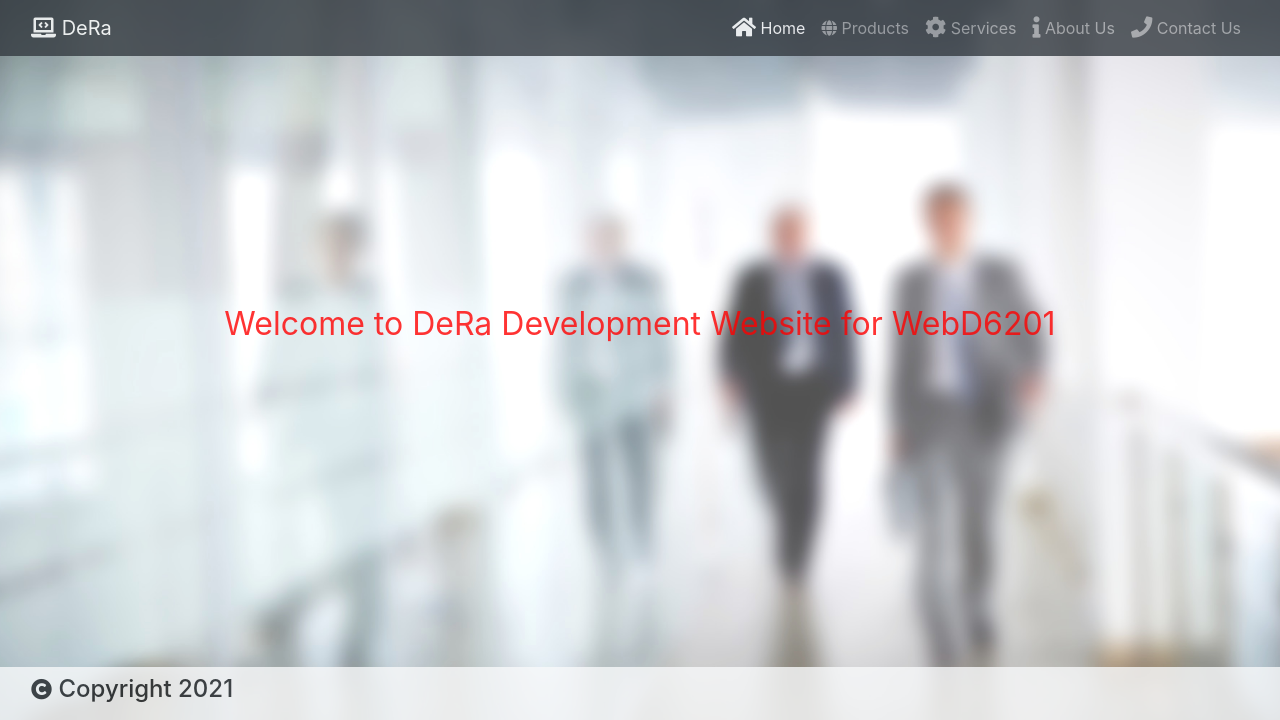
Repository: deividwsantoss/web6201-Lab1
Page: index.html
The author's editor kept a copy of each file at every save. The page is drawn from the files as they stood at one save, then again after the next save.
The browser window is 1280 px wide. The pictures show the whole page.

Above is the page before, as saved 2021-02-03 08:06:14.
Console error (its wording comes from the project's code and is left out).

### index.html
<!DOCTYPE html>
<html lang="en">
<head>
    <meta charset="UTF-8">
    <meta name="viewport" content="width=device-width, initial-scale=1.0">
    <title>Home</title>
</head>
<!-- CSS SECTION-->
<link rel="stylesheet" href="./node_modules/bootstrap/dist/css/bootstrap.min.css">
<link rel="stylesheet" href="./node_modules/@fortawesome/fontawesome-free/css/all.min.css">
<link rel="stylesheet" href="./Content/app.css">

<body class="bg">
    <!-- Main Header-->
    <header>
        <!-- Main Navegation-->
        <nav class="navbar navbar-expand-lg navbar-dark bg-dark">
            <div class="container-fluid">
              <a class="navbar-brand" href="Index.html"><i class="fas fa-laptop-code"></i> DeRa</a>
              <button class="navbar-toggler" type="button" data-bs-toggle="collapse" data-bs-target="#navbarSupportedContent" aria-controls="navbarSupportedContent" aria-expanded="false" aria-label="Toggle navigation">
                <span class="navbar-toggler-icon"></span>
              </button>
              <div class="collapse navbar-collapse" id="navbarSupportedContent">
                <ul class="navbar-nav ml-auto mb-2 mb-lg-0">
                  <li class="nav-item">
                    <a class="nav-link active" aria-current="page" href="Index.html"><i class="fas fa-home fa-lg"></i> Home</a>
                  </li>
                  <li class="nav-item">
                    <a class="nav-link" aria-current="page" href="products.html"><i class="fas fa-globe"></i> Products</a>
                  </li>
                  <li class="nav-item">
                    <a class="nav-link" aria-current="page" href="services.html"><i class="fas fa-cog fa-lg"></i> Services</a>
                  </li>
                  <li class="nav-item">
                    <a class="nav-link" aria-current="page" href="about.html"><i class="fas fa-info fa-lg"></i> About Us</a>
                  </li>
                  <li class="nav-item">
                    <a class="nav-link" aria-current="page" href="contact.html"><i class="fas fa-phone fa-lg"></i> Contact Us</a>
                  </li>

                </ul>

              </div>
            </div>
          </nav>

    </header>

    <!-- Main Content-->
        <main class="container">
          <div class="text-md-center">

              <p id="paragraphOne"> </p>

          </div>
        </main>
        <!-- Main Footer-->
        <footer>
          <nav class="navbar fixed-bottom navbar-light bg-light">
              <div class="container-fluid ">
                  <h4 id="welcome"><i class="fas fa-copyright fa-sm"></i> Copyright 2021 </h4>
              </div>
            </nav>

      </footer>
    <!--- Script Section-->
    <script src="./node_modules/bootstrap/dist/js/bootstrap.bundle.min.js"></script>
    <script src="./node_modules/jquery/dist/jquery.min.js"></script>
    <script src="./Scripts/app.js"></script>
</body>

</html>

### Content/app.css
/* Custom CSS goes here */
body,html{
    height: 100%;
    margin: 0;
}
.bg{
    background-image: url("Background-White.jpg");
    background-repeat: no-repeat;
    background-size: cover;
    background-position: center;
    opacity: 0.8;
}

.contactimage{
    background-image:url("contactimg.jpg");
    background-repeat: no-repeat;
    background-size: cover;
    background-position: center;
    opacity: 0.8;
}
.productsbg {
    background-image:url("productsbg.jpg");
    background-repeat: no-repeat;
    background-size: cover;
    background-position: center;
    opacity: 0.8;
}

.servicesbackgroud{
    background-image:url("services.jpg");
    background-repeat: no-repeat;
    background-size: cover;
    background-position: center;
    opacity: 0.8;
}
.aboutus{
    background-image:url("bgimage.jpg");
    background-repeat: no-repeat;
    background-size: cover;
    background-position: center;
    opacity: 0.8;
}

#paragraphOne {
    color: red;
    font-size: 200%;
    margin-top: 22%;
}

### Scripts/app.js
/* Custom JavaScript goes here */


"use strict";

(function(){


    function displayHome(){
        let paragraphOneText = "Welcome to DeRa Development Website for WebD6201";
        let paragraphOneElement = document.getElementById("paragraphOne");

        paragraphOneElement.textContent = paragraphOneText;
        paragraphOneElement.className = "fs-6 align-middle";
    }
    function displayAbout(){

    }
    function displayProducts(){

    }
    function displayServices(){

    }
    function displayContact(){

        let messageArea = document.getElementById("messageArea");
        messageArea.hidden = true;

        //Form Validation...

        let fullName = document.getElementById("fullName");
        fullName.addEventListener("blur", function(){
            if(fullName.value.length < 2){
                fullName.focus;
                fullName.select();
                messageArea.hidden = false;
                messageArea.className = "alert alert-danger";
                messageArea.textContent = "Please, Enter an appropriate name."
            }
            else{
                messageArea.removeAttribute("Class");
                messageArea.hidden = true;
            }
        });

        //validating number
        let contactNumber = document.getElementById("contactNumber");
        contactNumber.addEventListener("blur", function(){

            if(contactNumber.value.length < 10 || contactNumber.value.length > 10 )
            {
                contactNumber.focus;
                contactNumber.select();
                messageArea.hidden = false;
                messageArea.className = "alert alert-danger";
                messageArea.textContent = "Please, Insert a valid Number";
            }
            else {
                messageArea.removeAttribute("Class");
                messageArea.hidden = true;
            }

        });

        // Validating short text
        let shortMessage = document.getElementById("shortMessage");
        shortMessage.addEventListener("blur", function(){

            if(shortMessage.value.length > 50){
                shortMessage.focus;
                shortMessage.select();
                messageArea.hidden = false;
                messageArea.className = "alert alert-danger";
                messageArea.textContent = "Maximum characters allowed (50)";
            }
            else{
                messageArea.removeAttribute("Class");
                messageArea.hidden = true;
            }
        });

        let sendButton = document.getElementById("sendButton");
        sendButton.addEventListener("click", function(event){
            event.preventDefault();
        });
        document.getElementById("sendButton").onclick = function (){
            location.href = "index.html"
        };

    }


    function Start(){
        console.log("App Start...");

        switch (document.title) {

            case 'Home':
                displayHome();
                break;
            case 'About':
                displayAbout();
                break;
            case 'Products':
                displayProducts();
                break;
            case 'Services':
                displayServices();
                break;
            case 'Contact':
                displayContact();
                break;

        }


    }
    window.addEventListener("load",Start);

})();

Loaded but not shown: node_modules/bootstrap/dist/css/bootstrap.min.css (library); node_modules/@fortawesome/fontawesome-free/css/all.min.css (library); node_modules/bootstrap/dist/js/bootstrap.bundle.min.js (library); node_modules/jquery/dist/jquery.min.js (library)

After the next save:
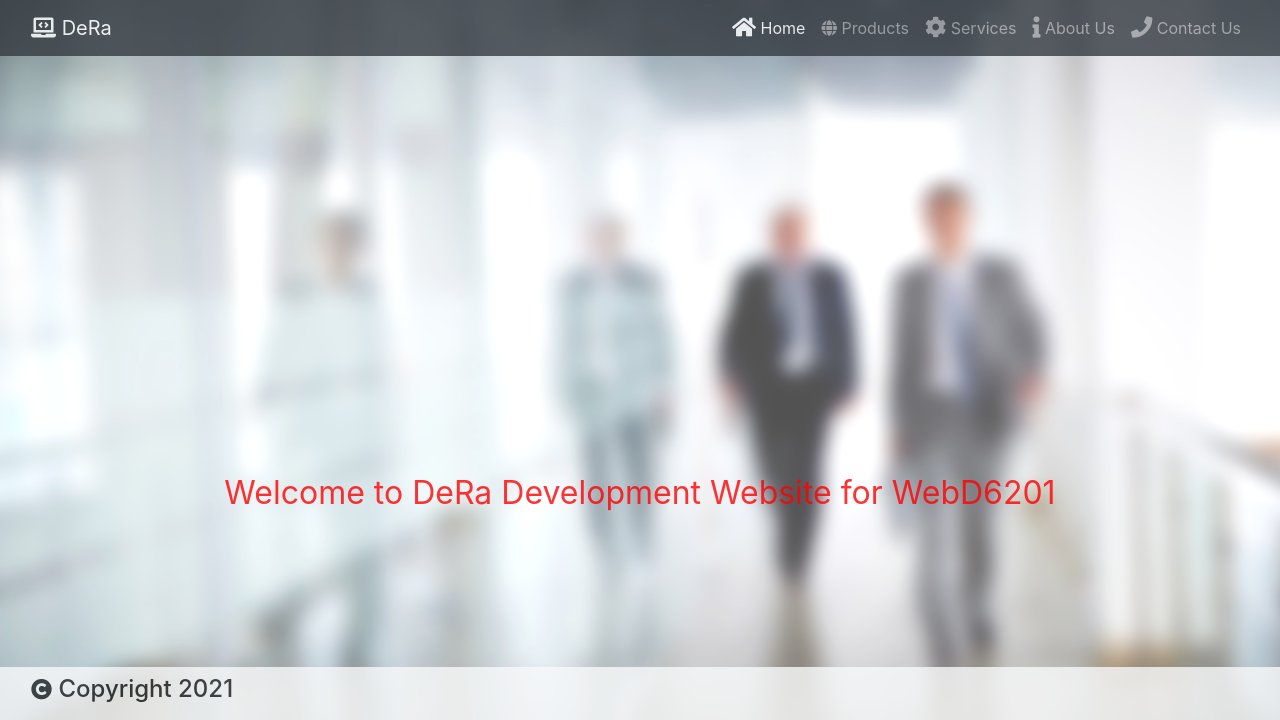
Saved 8 min 21 s later.
--- a/Content/app.css
+++ b/Content/app.css
@@ -45,4 +45,13 @@
     color: red;
     font-size: 200%;
     margin-top: 22%;
+    position: absolute;
+	top: 0;
+	left: 0;
+	right: 0;
+	bottom: 0;
+	width: 100%;
+	display: flex;
+	align-items: center;
+	justify-content: center;
 }

After the save that followed:
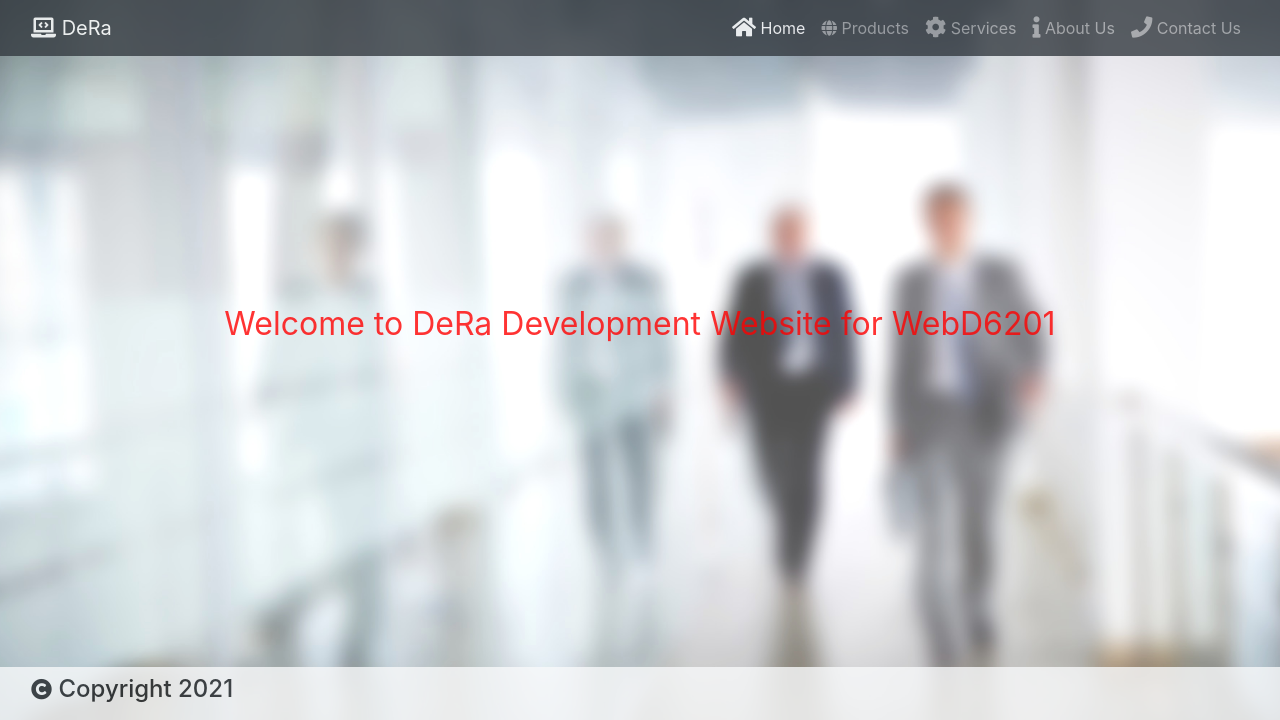
Saved 24 s later.
--- a/Content/app.css
+++ b/Content/app.css
@@ -45,13 +45,5 @@
     color: red;
     font-size: 200%;
     margin-top: 22%;
-    position: absolute;
-	top: 0;
-	left: 0;
-	right: 0;
-	bottom: 0;
-	width: 100%;
-	display: flex;
-	align-items: center;
-	justify-content: center;
+
 }
